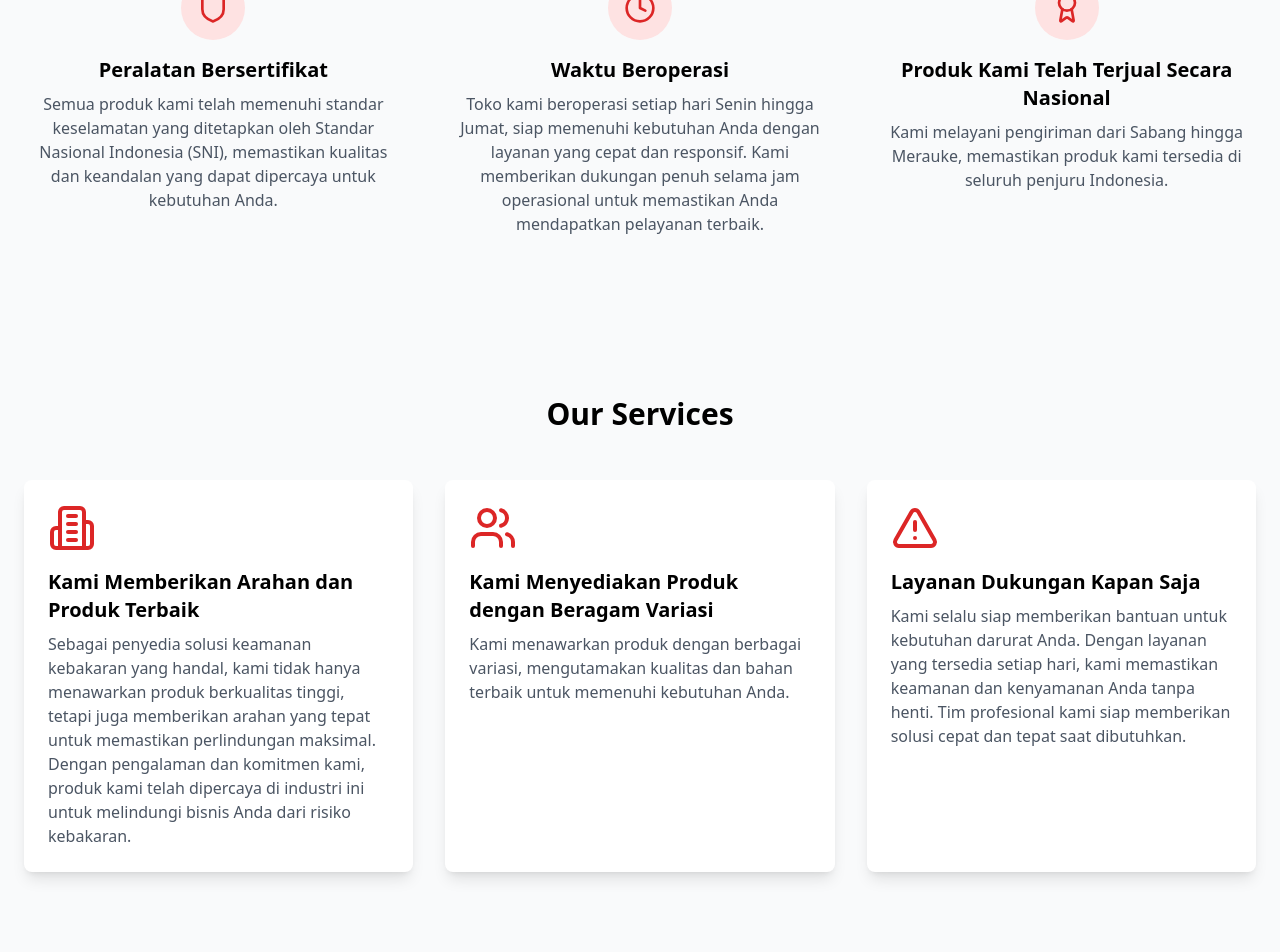
Repository: matrixmas/matrixmas.github.io
Page: /
The author's editor kept a copy of each file at every save. The page is drawn from the files as they stood at one save, then again after the next save.
The browser window is 1280 px wide. The pictures show the part of the page from y = 704 to 1656 px (the page is 1656 px tall).
The project was rebuilt for these pictures with package versions that can differ from the ones it lists, and the page was loaded fresh each time. Also part of the build but not shown: vite.config.ts, src/components/Header.tsx, src/pages/Products.tsx, src/pages/ProductDetail.tsx, src/pages/About.tsx, src/pages/Contact.tsx.

Above is the page before, as saved 2025-02-04 14:05:27.

After the next save:
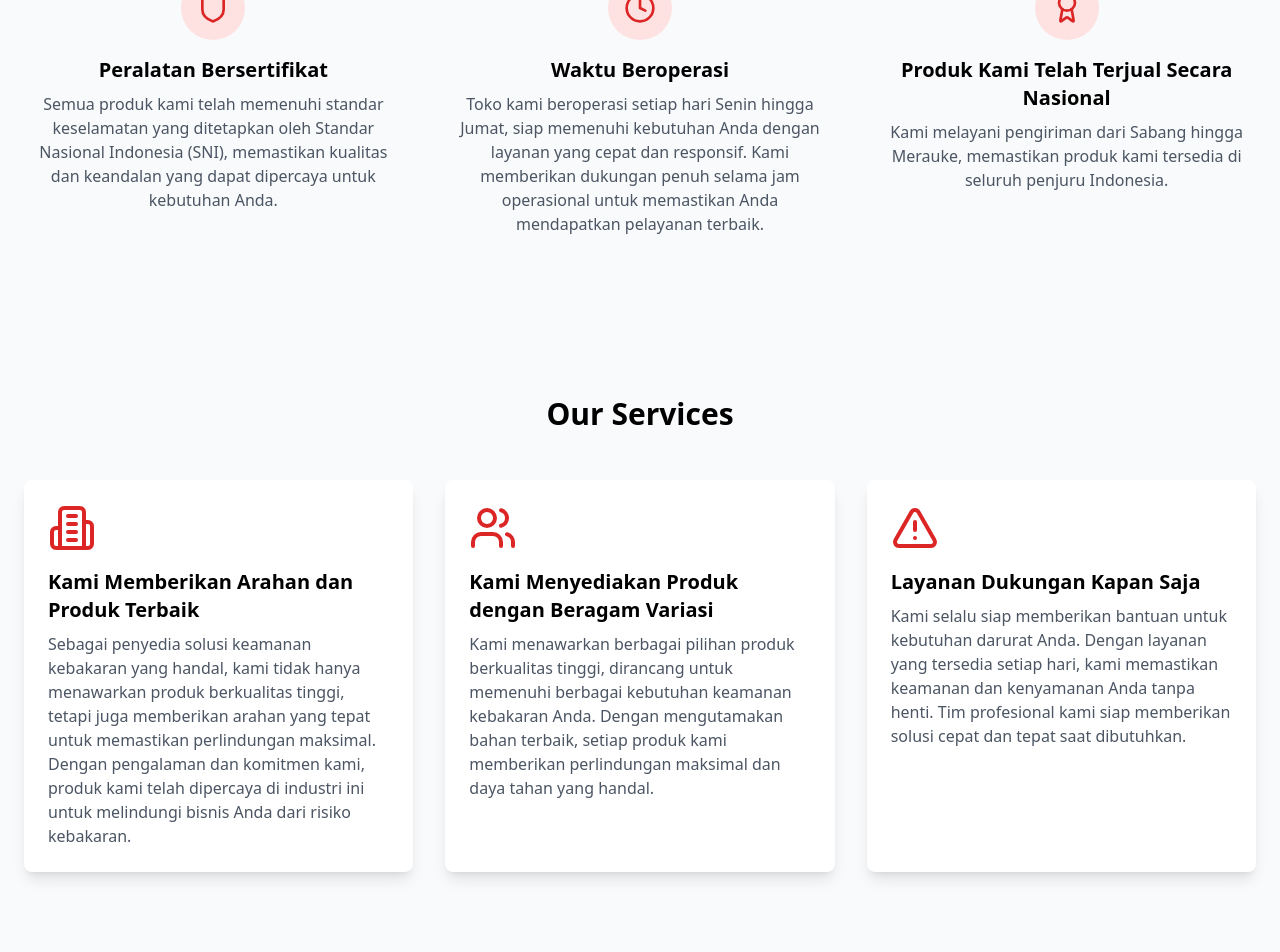
Saved 54 s later.
--- a/src/pages/Home.tsx
+++ b/src/pages/Home.tsx
@@ -73,7 +73,7 @@ export default function Home() {
             <div className="bg-white p-6 rounded-lg shadow-lg">
               <Users className="h-12 w-12 text-red-600 mb-4" />
               <h3 className="text-xl font-semibold mb-2">Kami Menyediakan Produk dengan Beragam Variasi</h3>
-              <p className="text-gray-600">Kami menawarkan produk dengan berbagai variasi, mengutamakan kualitas dan bahan terbaik untuk memenuhi kebutuhan Anda.</p>
+              <p className="text-gray-600">Kami menawarkan berbagai pilihan produk berkualitas tinggi, dirancang untuk memenuhi berbagai kebutuhan keamanan kebakaran Anda. Dengan mengutamakan bahan terbaik, setiap produk kami memberikan perlindungan maksimal dan daya tahan yang handal.</p>
             </div>
             <div className="bg-white p-6 rounded-lg shadow-lg">
               <AlertTriangle className="h-12 w-12 text-red-600 mb-4" />
